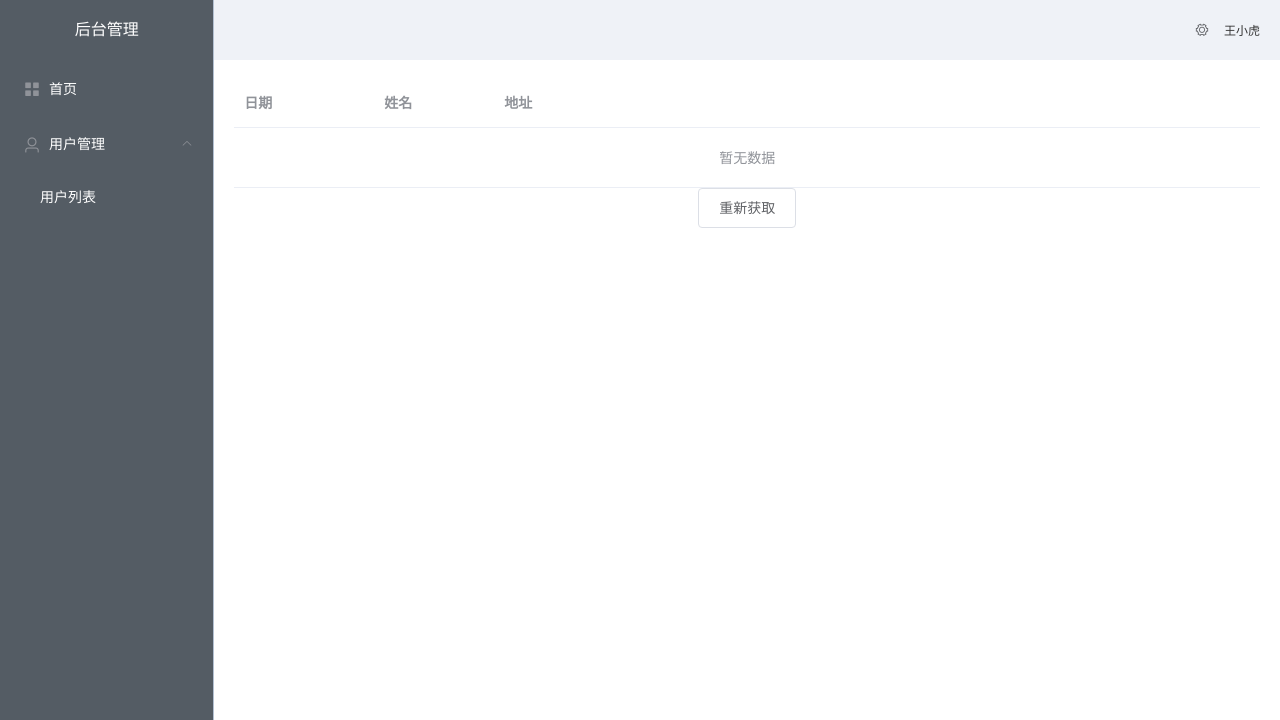
Repository: cmw520520/admin_vue
Page: /#/user/userlist
An editor plug-in stored every save of this project. The page is shown before and after the next save, followed by the edit.
The browser window is 1280 px wide. The pictures show the whole page.
The page's requests for data from a server got no answer. The project was rebuilt for these pictures with package versions that can differ from the ones it lists, and the page was loaded fresh each time. No one was signed in, and anything a server would have sent is missing. Also part of the build but not shown: src/page/home/Home.vue, example/Echart.vue.

Above is the page before, as saved 2019-07-02 17:12:32.

### index.html
<!DOCTYPE html>
<html>
  <head>
    <meta charset="utf-8">
    <meta name="viewport" content="width=device-width,initial-scale=1.0">
    <title>cmw</title>
  </head>
  <body>
    <div id="app"></div>
    <!-- built files will be auto injected -->
  </body>
</html>

### src/main.js
// The Vue build version to load with the `import` command
// (runtime-only or standalone) has been set in webpack.base.conf with an alias.
import Vue from 'vue'
import App from './App'
import router from './router'
import ElementUI from 'element-ui'
import 'element-ui/lib/theme-chalk/index.css'
import store from './store/index'
import axios from 'axios'

Vue.config.productionTip = false

axios.defaults.baseURL = '/api/'

Vue.use(ElementUI)

/* eslint-disable no-new */
new Vue({
  el: '#app',
  router,
  store,
  components: { App },
  template: '<App/>'
})

### src/App.vue
<template>
  <div id="app">
    <!-- <img src="./assets/logo.png"> -->
    <router-view/>
  </div>
</template>

<script>
export default {
  name: 'App'
}
</script>

<style>
#app {
  font-family: 'Avenir', Helvetica, Arial, sans-serif;
  -webkit-font-smoothing: antialiased;
  -moz-osx-font-smoothing: grayscale;
  text-align: center;
  color: #2c3e50;
  width: 100%;
  height: 100%;
  /* margin-top: 60px; */
}

body, html {
  margin: 0;
  padding: 0;
  height: 100%;
  width: 100%;
}
</style>

### src/router/index.js
import Vue from 'vue'
import Router from 'vue-router'
// import HelloWorld from '@/components/HelloWorld'
import Manage from '@/page/Manage'
import Home from '@/page/home/Home'
import UserList from '@/page/user/UserList'
import Echart from '../../example/Echart'

Vue.use(Router)

export default new Router({
  routes: [
    {
      path: '/',
      name: '',
      component: Manage,
      children: [
        {
          path: '',
          component: Home,
          meta: []
        },
        {
          path: '/user/userlist',
          component: UserList,
          meta: []
        },
        {
          path: '/example/echart',
          component: Echart,
          meta: ['图表']
        }
      ]
    }
  ]
})

### src/store/index.js
import Vue from 'vue'
import Vuex from 'vuex'
import user from './user/index'

Vue.use(Vuex)

const store = new Vuex.Store({
  modules: {
    user
  }
})

export default store

### src/page/Manage.vue
<template>
  <el-container style="height: 100%;">
    <el-col :span="4" style="background-color: rgb(84, 92, 100);overflow:hidden;">
      <el-col>
        <div class="logo">后台管理</div>
      </el-col>
      <el-col>
        <el-slider></el-slider>
      </el-col>
    </el-col>

    <el-col :span="20" style="border-left: 1px solid #b3c0d1;overflow: auto;overflow-scrolling: touch;">
      <el-header style="text-align: right; font-size: 12px">
        <el-dropdown>
          <i class="el-icon-setting" style="margin-right: 15px"></i>
          <el-dropdown-menu slot="dropdown">
            <el-dropdown-item>查看</el-dropdown-item>
            <el-dropdown-item>新增</el-dropdown-item>
            <el-dropdown-item>删除</el-dropdown-item>
          </el-dropdown-menu>
        </el-dropdown>
        <span>王小虎</span>
      </el-header>

      <el-main>
        <transition name="fade" mode="out-in">
            <router-view></router-view>
        </transition>
      </el-main>
    </el-col>
  </el-container>
</template>

<script>
import slider from '@/components/Slider'

export default {
  name: 'manage',
  components: {
    'el-slider': slider
  }
}
</script>

<style scope>
.el-header {
  background-color: #EFF2F7;
  color: #333;
  line-height: 60px;
}

.el-aside {
  color: #333;
}

.fade-enter-active, .fade-leave-active {
    transition: opacity 0.5s, transform 0.5s;
}

.fade-enter, .fade-leave-to {
    opacity: 0;
}

/* 导航logo S */
.logo {
    height: 60px;
    line-height: 60px;
    color: #fff;
}
/* 导航logo E */
</style>

### src/page/user/UserList.vue
<template>
    <el-row>
      <el-col>
        <el-table v-if="userList" :data="userList">
            <el-table-column prop="date" label="日期" width="140"></el-table-column>
            <el-table-column prop="name" label="姓名" width="120"></el-table-column>
            <el-table-column prop="address" label="地址"></el-table-column>
        </el-table>
      </el-col>

      <el-col>
        <el-button :click="getUserList()">重新获取</el-button>
      </el-col>
    </el-row>

</template>

<script>
import {mapState} from 'vuex'
import {user} from '../../store/user/index'

export default {
  name: 'userlist',
  data () {
    return {
      i: ''
    }
  },
  computed: {
    ...mapState({
      userList: state => user.state.userList
    })
  },
  mounted () {
    this.getUserList()
  },
  methods: {
    getUserList () {
      this.$store.dispatch('GETUSERLIST')
    }
  }
}
</script>

<style scope>

</style>

### src/store/user/index.js
import * as types from './types'
import http from '../../utils/http'

export const user = {
  state: {
    userList: []
  },
  actions: {
    [types.GETUSERLIST] (context, params) {
      http.fetch('user/userlist', params).then(data => {
        context.commit(types.GETUSERLIST, data)
      })
    }
  },
  mutations: {
    [types.GETUSERLIST] (state, data) {
      state.userList = data.data
    }
  }
}

export default user

### src/components/Slider.vue
<template>
  <el-menu :default-openeds="['1', '3']"
    background-color="rgb(84, 92, 100)"
    text-color="#fff"
    active-text-color="#fff"
    style="border:none;text-align:left;"
    router>
    <label v-for="(item, index) in navMenu" :key="index">
      <el-menu-item v-if="item.isHeader" :index="item.component">
        <i :class=item.icon></i>
        <span slot="title">{{ item.name }}</span>
      </el-menu-item>

      <el-submenu v-else :index="String(index)">
        <template slot="title">
          <i :class=item.icon></i>{{ item.name }}
        </template>
        <el-menu-item v-for="(item2, index2) in item.children" :key="index2" :index="item2.component">{{ item2.name }}</el-menu-item>
      </el-submenu>
    </label>
  </el-menu>
</template>

<script>
export default {
  name: 'slider',
  data () {
    return {
      navMenu: [
        {
          isHeader: true,
          name: '首页',
          icon: 'el-icon-menu',
          component: '/'
        },
        {
          name: '用户管理',
          icon: 'el-icon-user',
          children: [
            {
              name: '用户列表',
              component: '/user/userlist'
            }
          ]
        }
      ]
    }
  }
}
</script>

<style>
</style>

### src/store/user/types.js
export const GETUSERLIST = 'GETUSERLIST'

### src/utils/http.js
import axios from 'axios'
import qs from 'qs'
import Vue from 'vue'

const vue = new Vue()
// axios.defaults.headers.post['Content-Type'] = 'application/x-www-form-urlencoded; chartset=UTF-8'

export default {
  fetch (path, params) {
    if (!(params instanceof FormData)) {
      params = qs.stringify(params)
    }
    return axios.post(path, params).then(function (rep) {
      let data = rep.data
      if (data.code && data.code !== 1) {
        vue.$message({
          showClose: true,
          message: data.message,
          type: 'error'
        })
        return Promise.reject(data)
      }
      return data
    })
  }
}

After the next save:
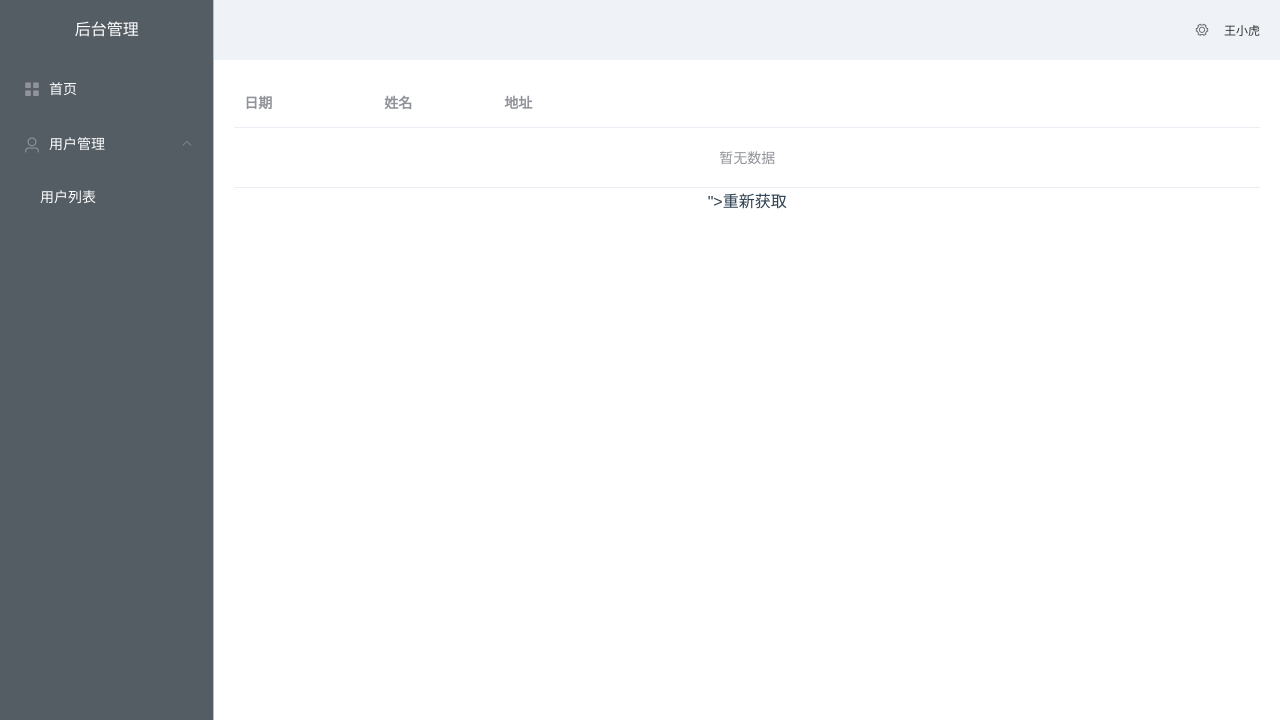
Saved 13 s later.
--- a/src/page/user/UserList.vue
+++ b/src/page/user/UserList.vue
@@ -9,7 +9,7 @@
       </el-col>
 
       <el-col>
-        <el-button :click="getUserList()">重新获取</el-button>
+        <el-button">重新获取</el-button>
       </el-col>
     </el-row>
 

After the save that followed:
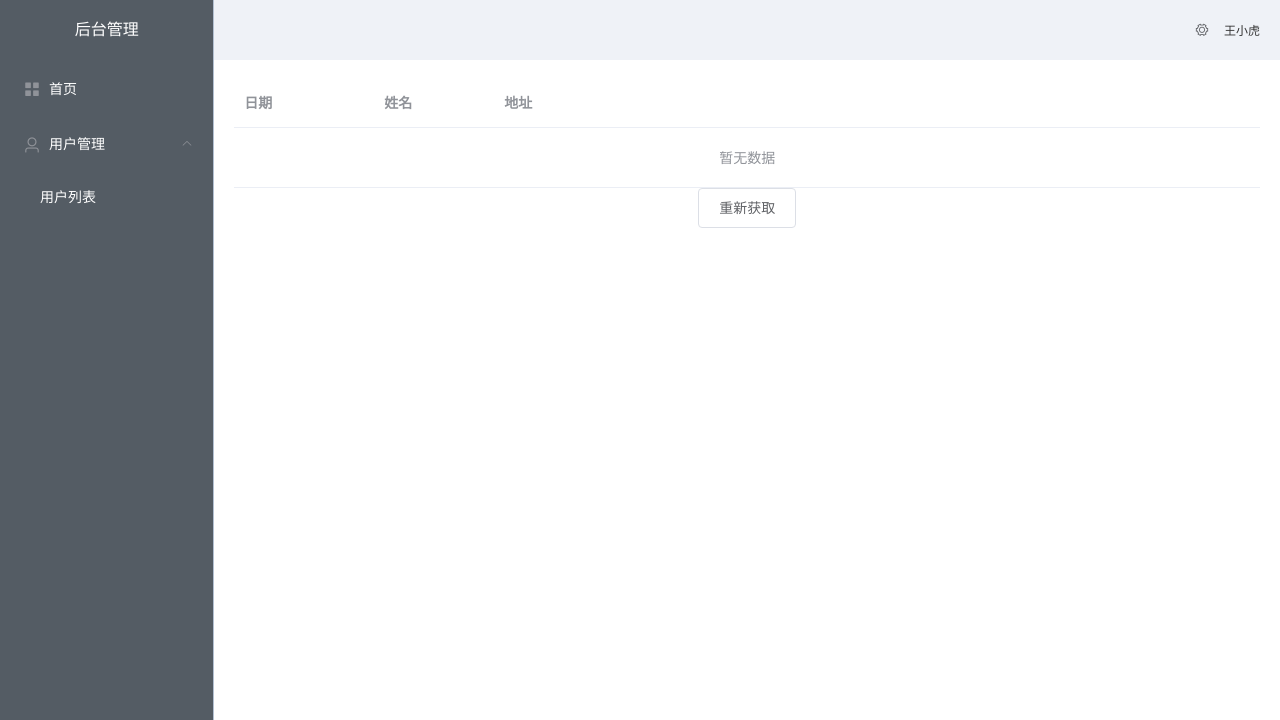
Saved 4 s later.
--- a/src/page/user/UserList.vue
+++ b/src/page/user/UserList.vue
@@ -9,7 +9,7 @@
       </el-col>
 
       <el-col>
-        <el-button">重新获取</el-button>
+        <el-button>重新获取</el-button>
       </el-col>
     </el-row>
 
